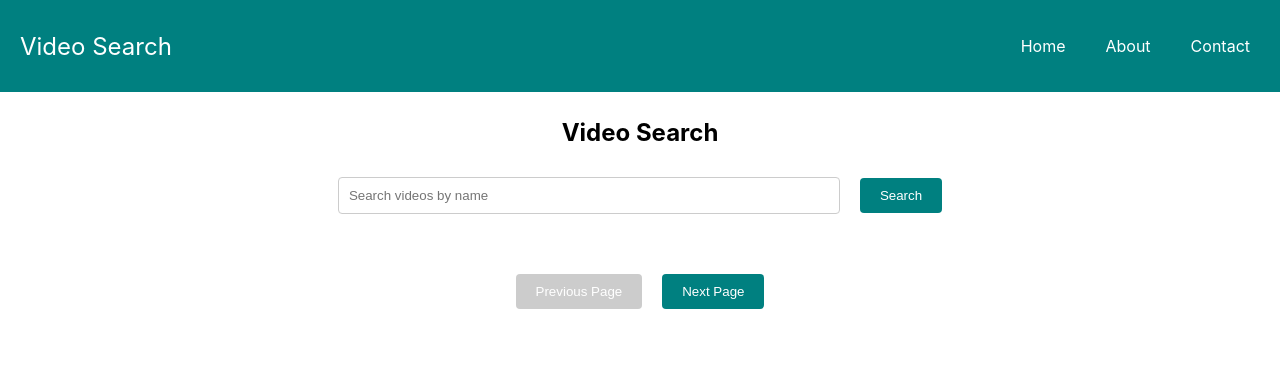
Repository: LolaSL/video-search
Page: /
An editor plug-in stored every save of this project. The page is shown before and after the next save, followed by the edit.
The browser window is 1280 px wide. The pictures show the whole page.
The project was rebuilt for these pictures with package versions that can differ from the ones it lists, and the page was loaded fresh each time.

Above is the page before, as saved 2023-08-12 14:32:29.

After the next save:
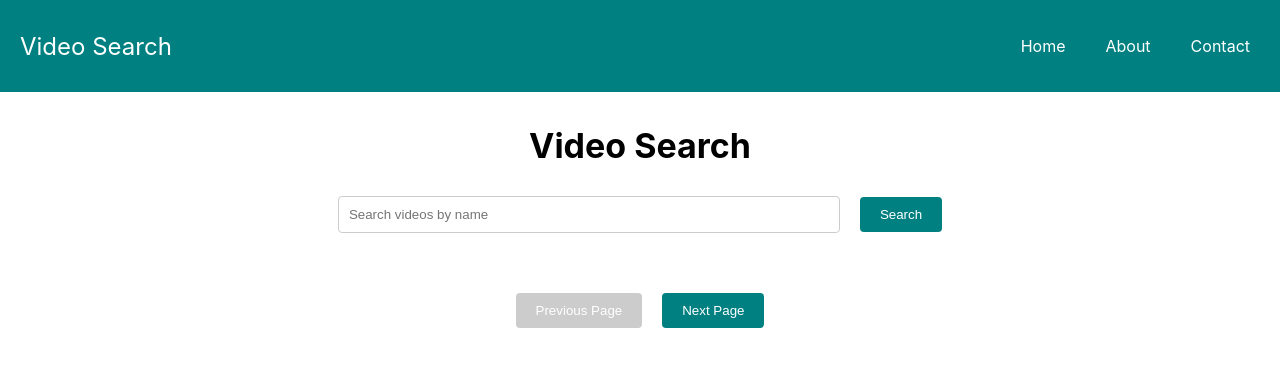
Saved 80 s later.
--- a/src/App.css
+++ b/src/App.css
@@ -5,7 +5,7 @@
 }
 
 h1 {
-  font-size: 24px;
+  font-size: 34px;
   margin-bottom: 20px;
 }
 
